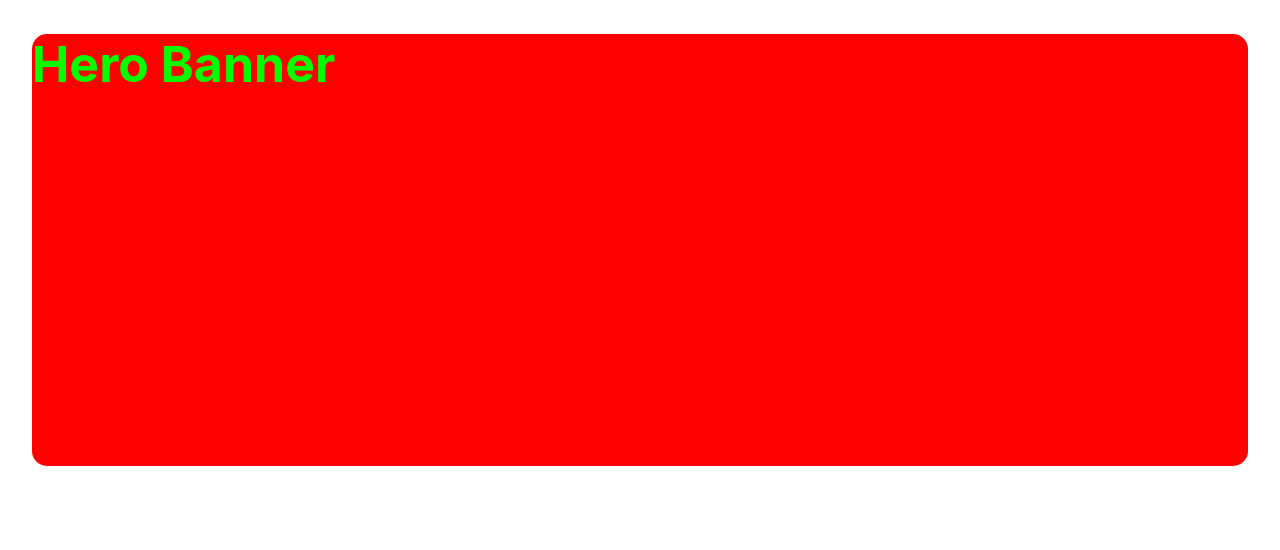
Repository: Coralee-Long/react-bits
Page: /
These files come from the project's save history. The page is drawn as it stood at one moment and after the next save; the edit follows.
The browser window is 1280 px wide. The pictures show the whole page.
The project was rebuilt for these pictures with package versions that can differ from the ones it lists, and the page was loaded fresh each time. Also part of the build but not shown: src/pages/ContactPage.js, src/App.css.

Above is the page before, as saved 2023-12-12 15:46:59.

After the next save:
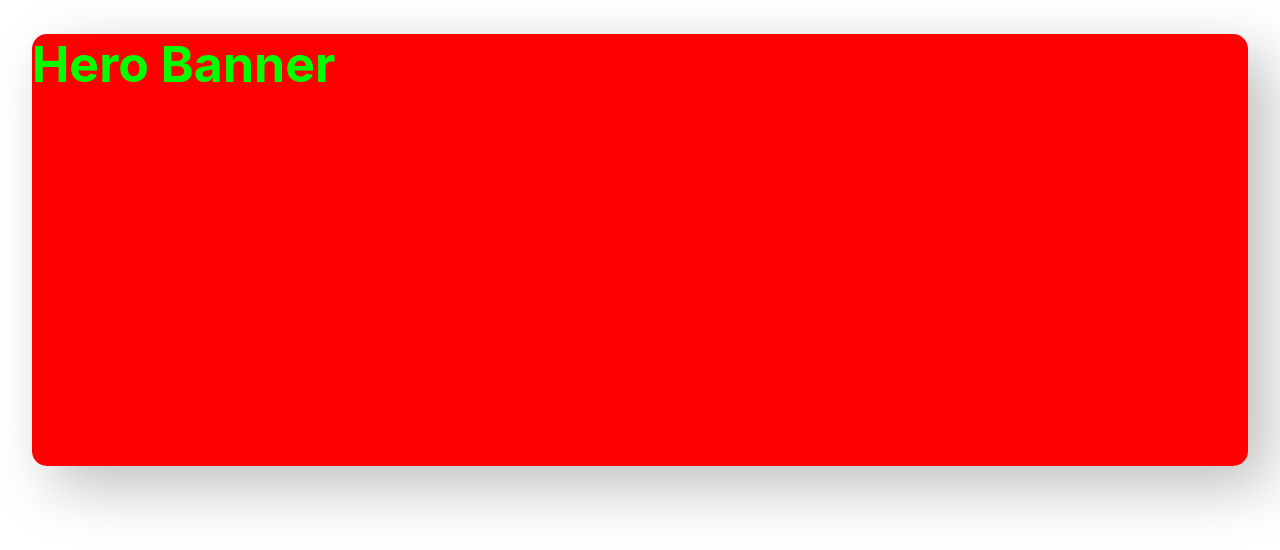
Saved 1 s later.
--- a/src/components/HeroBannerParallax/HeroBanner.module.css
+++ b/src/components/HeroBannerParallax/HeroBanner.module.css
@@ -3,4 +3,5 @@
   margin: 2rem;
   background-color: #ff0000;
   border-radius: 15px;
+  box-shadow: 20px 20px 60px #bebebe, -20px -20px 60px #ffffff;
 }
